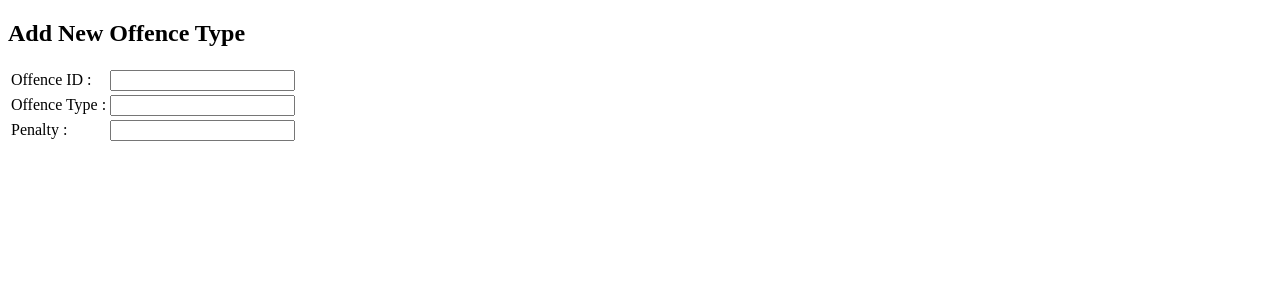
Repository: saurabhaahujaa/learning-java-springboot
Page: Hibernate-Spring-RESTFul-SpringBoot-Microservices/Workspace/Day-3-Spring-Restful-Workspace/SpringWS/Lesson06-UI-Spring-ORM/WebContent/AddNewOffenceType.html
These files come from the project's save history. The page is drawn as it stood at one moment and after the next save; the edit follows.
The browser window is 1280 px wide. The pictures show the whole page.

Above is the page before, as saved 2023-03-29 05:00:22.

### Hibernate-Spring-RESTFul-SpringBoot-Microservices/Workspace/Day-3-Spring-Restful-Workspace/SpringWS/Lesson06-UI-Spring-ORM/WebContent/AddNewOffenceType.html
<!DOCTYPE html>
<html>
<head>
<meta charset="ISO-8859-1">
<title>Insert title here</title>
</head>
<body>
	<h2> Add New Offence Type </h2>
	<table>
		<tr>
			<td> Offence ID : </td>
			<td> <input type="text" name="offenceId" /> </td>
		</tr>

		<tr>
			<td> Offence Type : </td>
			<td> <input type="text" name="offenceType" /> </td>
		</tr>

		<tr>
			<td> Penalty : </td>
			<td> <input type="text" name="penalty" /> </td>
		</tr>


	</table>

</body>
</html>

After the next save:
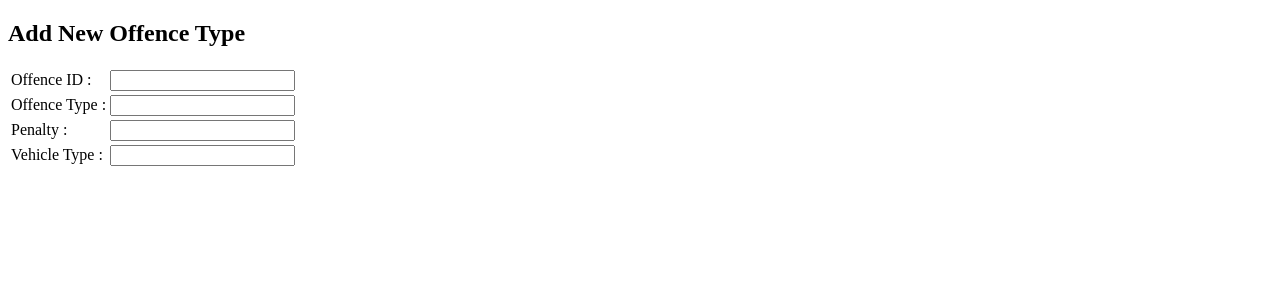
Saved 16 s later.
--- a/Hibernate-Spring-RESTFul-SpringBoot-Microservices/Workspace/Day-3-Spring-Restful-Workspace/SpringWS/Lesson06-UI-Spring-ORM/WebContent/AddNewOffenceType.html
+++ b/Hibernate-Spring-RESTFul-SpringBoot-Microservices/Workspace/Day-3-Spring-Restful-Workspace/SpringWS/Lesson06-UI-Spring-ORM/WebContent/AddNewOffenceType.html
@@ -11,15 +11,17 @@
 			<td> Offence ID : </td>
 			<td> <input type="text" name="offenceId" /> </td>
 		</tr>
-
 		<tr>
 			<td> Offence Type : </td>
 			<td> <input type="text" name="offenceType" /> </td>
 		</tr>
-
 		<tr>
 			<td> Penalty : </td>
 			<td> <input type="text" name="penalty" /> </td>
+		</tr>
+		<tr>
+			<td> Vehicle Type : </td>
+			<td> <input type="text" name="vehicleType" /> </td>
 		</tr>
 
 
